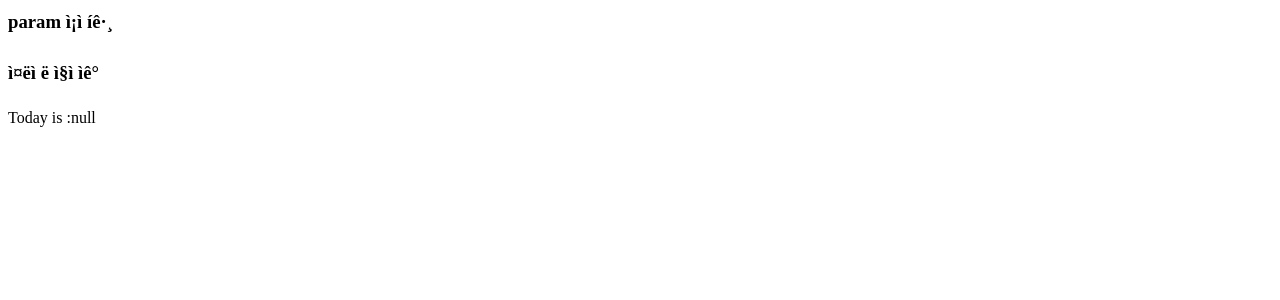
Repository: shail1027/WebServer-JSP
Page: http://localhost/JSPBook_LYB/ch04/param02.jsp
An editor plug-in stored every save of this project. The page is shown before and after the next save, followed by the edit.
The browser window is 1280 px wide. The pictures show the whole page.
The page is served by Tomcat 9. Other server files are loaded and not shown.

Above is the page before, as saved 2025-03-27 01:33:12.

### JSPBook_LYB/src/main/webapp/ch04/param02.jsp
<%@ page contentType = "text/html; charset = utf-8" %>
<html>
<head>
<title>[예제 4-4] Action Tag</title>
</head>
<body>
	<h3>param 액션 태그</h3>
	<jsp:include page="param02_data.jsp">
		<jsp:param name="title" value='<%=java.net.URLEncoder.encode("오늘의 날짜와 시각", "UTF-8") %>' />

		<jsp:param name="data" value="<%= java.util.Calendar.getInstance().getTime() %>" />
	</jsp:include>

</body>
</html>

### JSPBook_LYB/src/main/webapp/ch04/param02_data.jsp
<%@ page contentType = "text/html; charset = utf-8" %>
<html>
<head>
<title>[예제 4-4_1]Action Tag</title>
</head>
<body>
	<%
		String title = request.getParameter("title");
	%>
	<h3><%= java.net.URLDecoder.decode(title) %></h3>
	Today is :<%= request.getParameter("date") %>
</body>
</html>

After the next save:
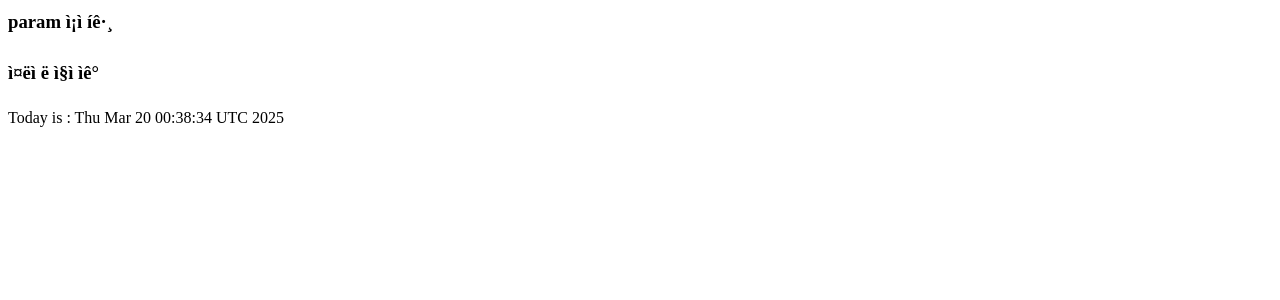
Saved 88 s later.
--- a/JSPBook_LYB/src/main/webapp/ch04/param02_data.jsp
+++ b/JSPBook_LYB/src/main/webapp/ch04/param02_data.jsp
@@ -1,13 +1,13 @@
-<%@ page contentType = "text/html; charset = utf-8" %>
+<%@ page contentType="text/html; charset=UTF-8" %>
 <html>
 <head>
-<title>[예제 4-4_1]Action Tag</title>
+    <title>[예제 4-4_1] Action Tag</title>
 </head>
 <body>
-	<%
-		String title = request.getParameter("title");
-	%>
-	<h3><%= java.net.URLDecoder.decode(title) %></h3>
-	Today is :<%= request.getParameter("date") %>
+<%
+    String title = request.getParameter("title");
+%>
+<h3><%= java.net.URLDecoder.decode(title, "UTF-8") %></h3>
+Today is : <%= request.getParameter("data") %>
 </body>
 </html>
